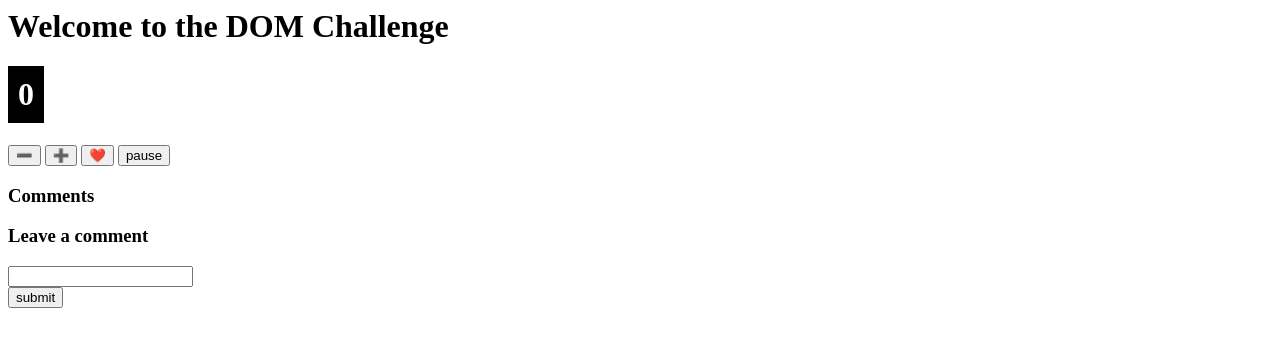
Repository: annferracane/phase-1-practice-interacting-with-the-dom
Page: index.html
These files come from the project's save history. The page is drawn as it stood at one moment and after the next save; the edit follows.
The browser window is 1280 px wide. The pictures show the whole page.

Above is the page before, as saved 2022-12-01 12:30:24.

After the next save:
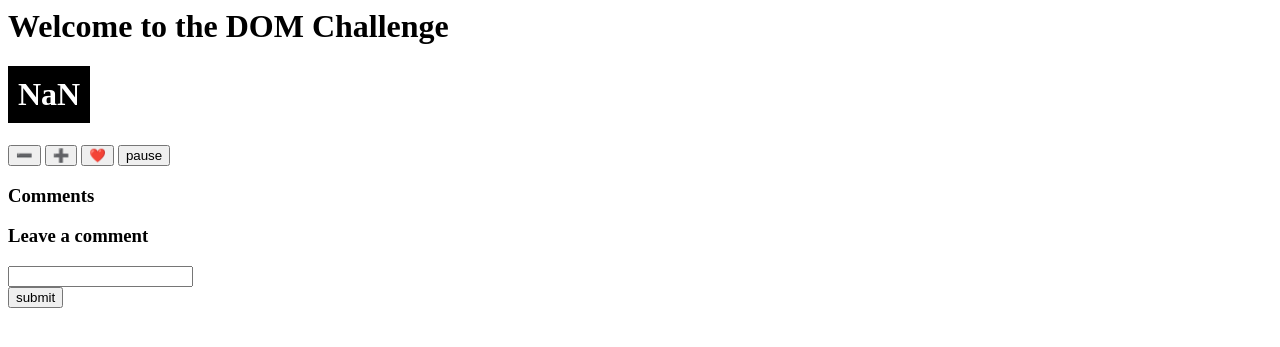
Saved 44 s later.
--- a/js/challenge.js
+++ b/js/challenge.js
@@ -26,7 +26,7 @@ const counterIsActive = true;
 // Functions
 
 function counterTime () {
-    setInterval(() => incrementCounter, 1000, counterIsActive);
+    setInterval(() => incrementCounter(), 1000, counterIsActive);
 }
 
 function likeCounter () {

After the 4 saves that followed:
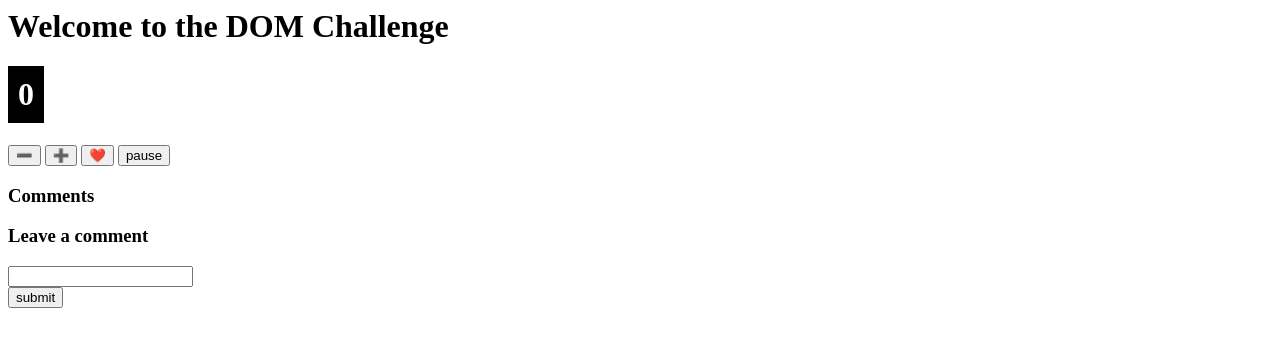
The 4 saves are shown as one change because they came seconds apart.
The last was saved 37 s later.
--- a/js/challenge.js
+++ b/js/challenge.js
@@ -34,7 +34,8 @@ function likeCounter () {
 }
 
 function incrementCounter () {
-    counter.textContent = countVal.textContent++;
+    countVal.textContent++;
+    counter.textContent = countVal;
 }
 
 function decrementCounter () {
